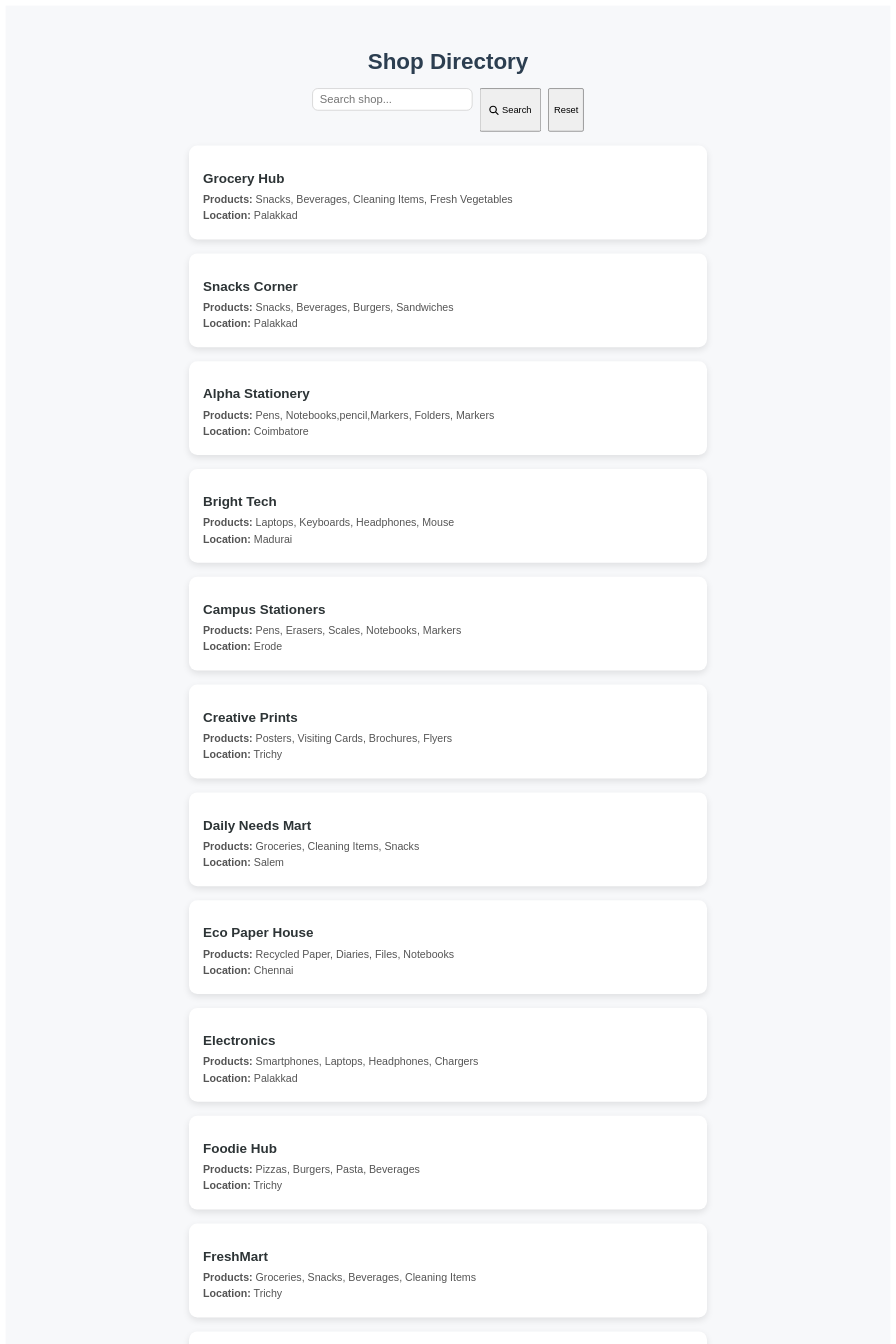
Repository: Pavithra-09git/CarSort
Page: /
These files come from the project's save history. The page is drawn as it stood at one moment and after the next save; the edit follows.
The browser window is 1280 px wide. The pictures show the part of the page from y = 0 to 1920 px (the page is 4854 px tall before and 5634 px after), at 70% of full size.
The project was rebuilt for these pictures with package versions that can differ from the ones it lists, and the page was loaded fresh each time. Also part of the build but not shown: vite.config.js.

Above is the page before, as saved 2025-10-26 12:35:56.

After the next save:
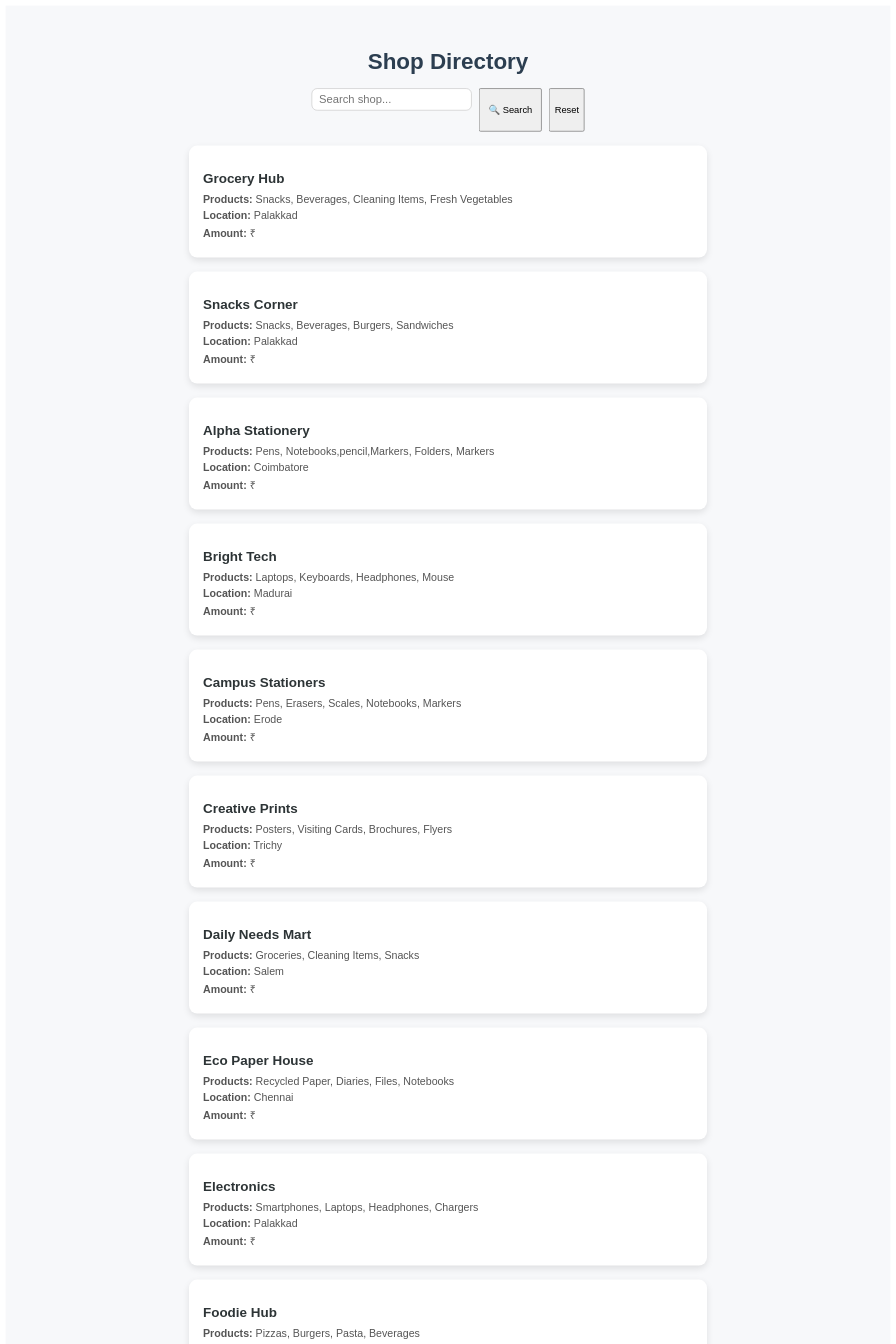
Saved 3 min 49 s later.
--- a/src/App.jsx
+++ b/src/App.jsx
@@ -1,17 +1,15 @@
 import React, { useState } from "react";
 import { shops } from './data';
 import "./App.css";
-
-// Font Awesome
-import { FontAwesomeIcon } from '@fortawesome/react-fontawesome';
-import { faMagnifyingGlass } from '@fortawesome/free-solid-svg-icons';
 
 function App() {
   const [search, setSearch] = useState("");
   const [filteredShop, setFilteredShop] = useState(null);
 
+  // Sort shops alphabetically once
   const sortedShops = [...shops].sort((a, b) => a.name.localeCompare(b.name));
 
+  // Function to handle search button click
   const handleSearch = () => {
     const result = sortedShops.find(
       (shop) =>
@@ -21,6 +19,7 @@
     setFilteredShop(result);
   };
 
+  // Optional: Reset to show all shops again
   const handleReset = () => {
     setSearch("");
     setFilteredShop(null);
@@ -37,27 +36,28 @@
           value={search}
           onChange={(e) => setSearch(e.target.value)}
           className="search-box"
-          required
         />
-        <button onClick={handleSearch} className="search-btn">
-          <FontAwesomeIcon icon={faMagnifyingGlass} /> Search
-        </button>
+        <button onClick={handleSearch} className="search-btn">🔍 Search</button>
         <button onClick={handleReset} className="reset-btn">Reset</button>
       </div>
 
       <div className="card-column">
         {filteredShop ? (
+          // Show only the first matching shop after search
           <div className="card" key={filteredShop.id}>
             <h2>{filteredShop.name}</h2>
             <p><strong>Products:</strong> {filteredShop.products}</p>
             <p><strong>Location:</strong> {filteredShop.location}</p>
+            <p><strong>Amount:</strong> ₹{filteredShop.amount}</p>
           </div>
         ) : (
+          // Show all shops alphabetically if search not performed
           sortedShops.map((shop) => (
             <div className="card" key={shop.id}>
               <h2>{shop.name}</h2>
               <p><strong>Products:</strong> {shop.products}</p>
               <p><strong>Location:</strong> {shop.location}</p>
+              <p><strong>Amount:</strong> ₹{shop.amount}</p>
             </div>
           ))
         )}

After the save that followed:
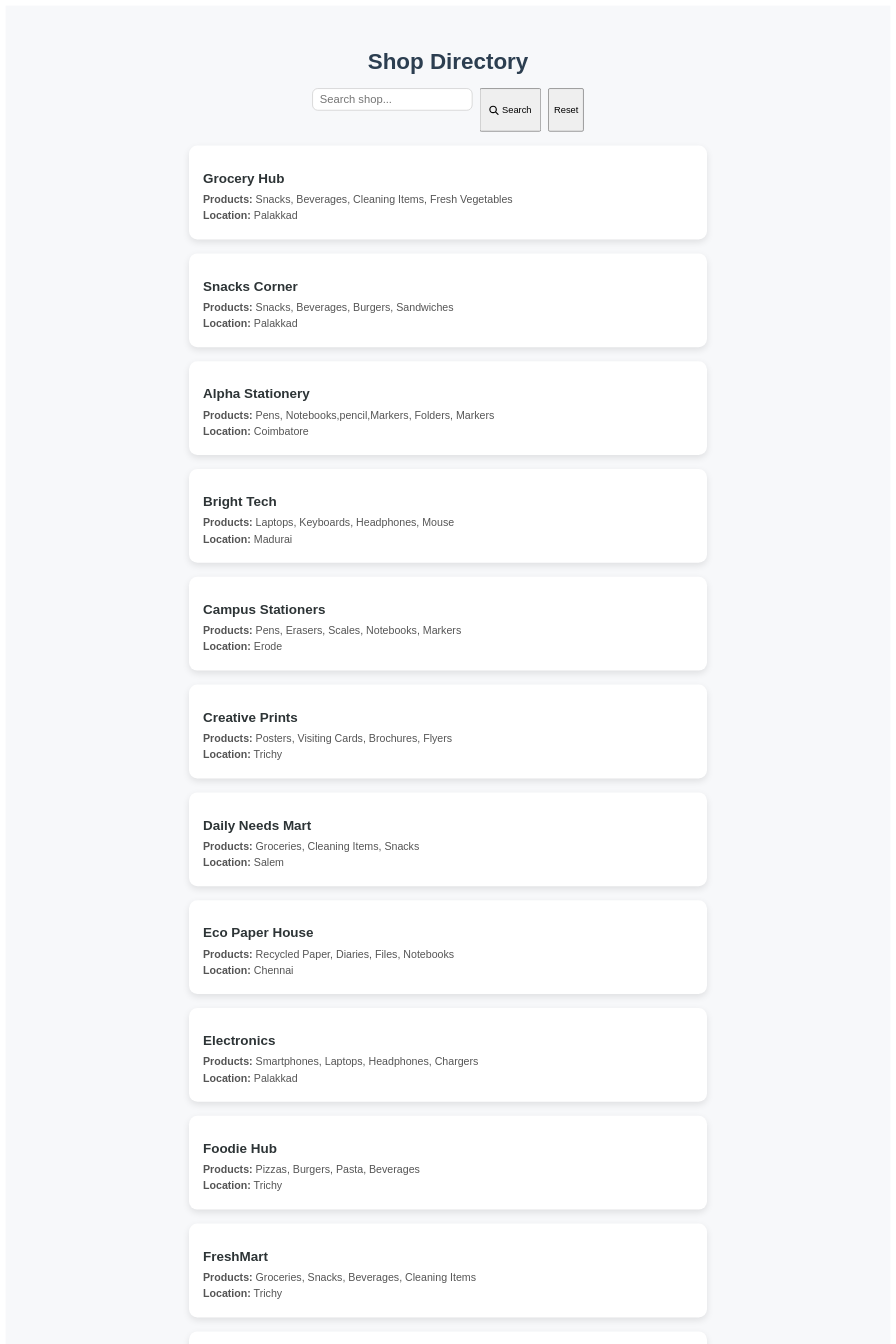
Saved 20 s later.
--- a/src/App.jsx
+++ b/src/App.jsx
@@ -1,15 +1,17 @@
 import React, { useState } from "react";
 import { shops } from './data';
 import "./App.css";
+
+// Font Awesome
+import { FontAwesomeIcon } from '@fortawesome/react-fontawesome';
+import { faMagnifyingGlass } from '@fortawesome/free-solid-svg-icons';
 
 function App() {
   const [search, setSearch] = useState("");
   const [filteredShop, setFilteredShop] = useState(null);
 
-  // Sort shops alphabetically once
   const sortedShops = [...shops].sort((a, b) => a.name.localeCompare(b.name));
 
-  // Function to handle search button click
   const handleSearch = () => {
     const result = sortedShops.find(
       (shop) =>
@@ -19,7 +21,6 @@
     setFilteredShop(result);
   };
 
-  // Optional: Reset to show all shops again
   const handleReset = () => {
     setSearch("");
     setFilteredShop(null);
@@ -36,28 +37,27 @@
           value={search}
           onChange={(e) => setSearch(e.target.value)}
           className="search-box"
+          required
         />
-        <button onClick={handleSearch} className="search-btn">🔍 Search</button>
+        <button onClick={handleSearch} className="search-btn">
+          <FontAwesomeIcon icon={faMagnifyingGlass} /> Search
+        </button>
         <button onClick={handleReset} className="reset-btn">Reset</button>
       </div>
 
       <div className="card-column">
         {filteredShop ? (
-          // Show only the first matching shop after search
           <div className="card" key={filteredShop.id}>
             <h2>{filteredShop.name}</h2>
             <p><strong>Products:</strong> {filteredShop.products}</p>
             <p><strong>Location:</strong> {filteredShop.location}</p>
-            <p><strong>Amount:</strong> ₹{filteredShop.amount}</p>
           </div>
         ) : (
-          // Show all shops alphabetically if search not performed
           sortedShops.map((shop) => (
             <div className="card" key={shop.id}>
               <h2>{shop.name}</h2>
               <p><strong>Products:</strong> {shop.products}</p>
               <p><strong>Location:</strong> {shop.location}</p>
-              <p><strong>Amount:</strong> ₹{shop.amount}</p>
             </div>
           ))
         )}
